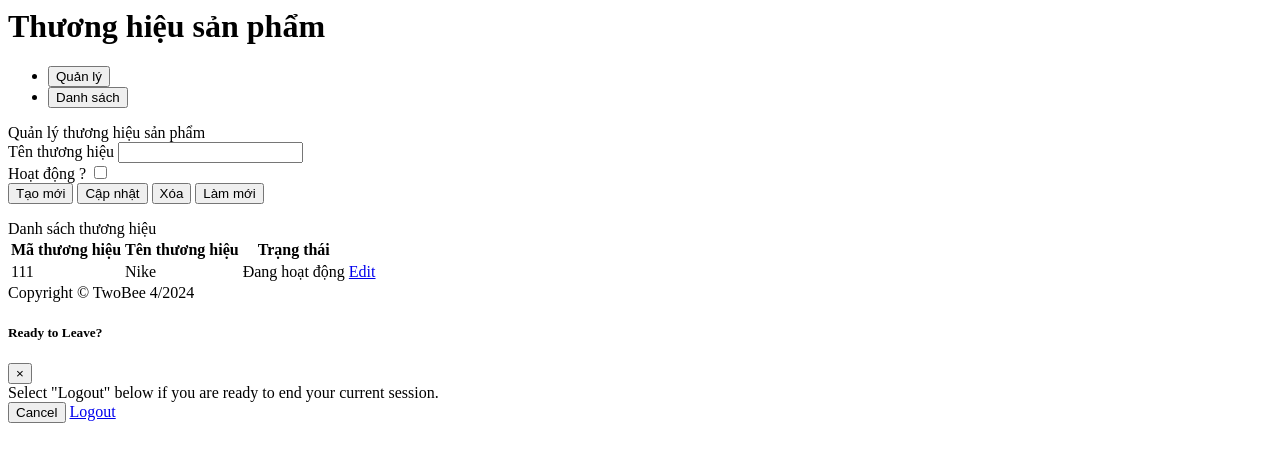
Repository: tuandh111/Java-6-asm
Page: Front-end/Java6_asm_/templates/admin/brands.html
The author's editor kept a copy of each file at every save. The page is drawn from the files as they stood at one save, then again after the next save.
The browser window is 1280 px wide. The pictures show the whole page.

Above is the page before, as saved 2024-03-31 11:02:57.

### Front-end/Java6_asm_/templates/admin/brands.html
<!-- Page Wrapper -->
<div id="wrapper">

    <!-- Sidebar -->
    <ul class="navbar-nav bg-gradient-primary sidebar sidebar-dark accordion" id="accordionSidebar"
        ng-include="'component/admin/sidebar.html'">
    </ul>
    <!-- End of Sidebar -->

    <!-- Content Wrapper -->
    <div id="content-wrapper" class="d-flex flex-column">

        <!-- Main Content -->
        <div id="content">

            <!-- Topbar -->
            <nav class="navbar navbar-expand navbar-light bg-white topbar mb-4 static-top shadow"
                ng-include="'component/admin/content-nav.html'">
            </nav>
            <!-- End of Topbar -->

            <!-- Begin Page Content -->
            <div class="container-fluid">

                <!-- Page Heading -->
                <div class="d-sm-flex align-items-center justify-content-between mb-4">
                    <h1 class="h3 mb-0 text-gray-800">Thương hiệu sản phẩm</h1>
                </div>

                <div class="row mt-5">
                    <ul class="nav nav-tabs" id="manageBrands" role="tablist">
                        <li class="nav-item" role="presentation">
                            <button class="nav-link active" id="form-tab" data-bs-toggle="tab"
                                data-bs-target="#form-tab-pane-manage-brands" type="button" role="tab"
                                aria-controls="form-tab-pane-manage-brands" aria-selected="true">
                                <i class="bi bi-pencil-square"></i> Quản lý
                            </button>
                        </li>
                        <li class="nav-item" role="presentation">
                            <button class="nav-link" id="list-tab" data-bs-toggle="tab" data-bs-target="#list-tab-pane"
                                role="tab" aria-controls="list-tab-pane" aria-selected="false">
                                <i class="bi bi-list-check"></i> Danh sách
                            </button>
                        </li>
                    </ul>
                    <div class="tab-content" id="manageBrandsTabContent">
                        <div class="tab-pane fade show active" id="form-tab-pane-manage-brands" role="tabpanel"
                            aria-labelledby="form-tab" tabindex="0">
                            <div class="card">
                                <div class="card-header align-items-center text-center text-white bg-gradient-primary">
                                    Quản lý thương hiệu sản phẩm
                                </div>
                                <div class="card-body text-center">
                                    <c:url var="url" value="/admin"></c:url>
                                    <form action="#">
                                        <div class="row">
                                            <div class="col-lg-6">
                                                <div class="form-outline mb-3">
                                                    <label class="form-label" for="manageBrandsModalBrands">Tên thương
                                                        hiệu</label>
                                                    <input type="text" id="manageBrandsModalBrands" ng-model="nameBrand"
                                                        ng-value="" class="form-control" required>
                                                </div>
                                            </div>
                                            <div class="col-lg-6">
                                                <div class="form-outline mb-4">
                                                    <label class="form-label" for="manageBrandsModalIsActive">Hoạt động
                                                        ?</label>
                                                    <input type="checkbox" id="manageBrandsModalIsActive"
                                                        class="form-control" ng-model="isActive" ng-value=""
                                                        class="form-control">
                                                </div>
                                            </div>
                                        </div>
                                        <div class="d-flex justify-content-end">
                                            <button formaction="${url}/create" class="btn btn-primary m-2">Tạo
                                                mới</button>
                                            <button formaction="${url}/update" class="btn btn-primary m-2">Cập
                                                nhật</button>
                                            <button formaction="${url}/delete" class="btn btn-primary m-2">Xóa</button>
                                            <button formaction="${url}/editor-user" class="btn btn-primary m-2">Làm
                                                mới</button>
                                        </div>
                                    </form>
                                </div>
                            </div>
                        </div>
                        <div class="tab-pane fade" id="list-tab-pane" role="tabpanel" aria-labelledby="list-tab"
                            tabindex="0">
                            <div class="card">
                                <div class="card-header align-items-center text-center text-white bg-gradient-primary">
                                    Danh sách thương hiệu</div>
                                <div class="table-responsive">
                                    <table class="table table-striped table-hover">
                                        <thead>
                                            <tr>
                                                <th>Mã thương hiệu</th>
                                                <th>Tên thương hiệu</th>
                                                <th>Trạng thái</th>
                                                <th></th>
                                            </tr>
                                        </thead>
                                        <tbody>
                                            <tr>
                                                <td>111</td>
                                                <td>Nike</td>
                                                <td>Đang hoạt động</td>
                                                <td><a href="${url}/edit/${item.idUs}" class="text-info"> Edit </a>
                                                </td>
                                            </tr>
                                        </tbody>
                                    </table>
                                </div>
                            </div>
                        </div>
                    </div>
                </div>

            </div>
            <!-- /.container-fluid -->

        </div>
        <!-- End of Main Content -->

        <!-- Footer -->
        <footer class="sticky-footer bg-white">
            <div class="container my-auto">
                <div class="copyright text-center my-auto">
                    <span>Copyright &copy; TwoBee 4/2024</span>
                </div>
            </div>
        </footer>
        <!-- End of Footer -->

    </div>
    <!-- End of Content Wrapper -->

</div>
<!-- End of Page Wrapper -->

<!-- Scroll to Top Button-->
<a class="scroll-to-top rounded" href="#page-top">
    <i class="fas fa-angle-up"></i>
</a>

<!-- Logout Modal-->
<div class="modal fade" id="logoutModal" tabindex="-1" role="dialog" aria-labelledby="exampleModalLabel"
    aria-hidden="true">
    <div class="modal-dialog" role="document">
        <div class="modal-content">
            <div class="modal-header">
                <h5 class="modal-title" id="exampleModalLabel">Ready to Leave?</h5>
                <button class="close" type="button" data-dismiss="modal" aria-label="Close">
                    <span aria-hidden="true">×</span>
                </button>
            </div>
            <div class="modal-body">Select "Logout" below if you are ready to end your current session.</div>
            <div class="modal-footer">
                <button class="btn btn-secondary" type="button" data-dismiss="modal">Cancel</button>
                <a class="btn btn-primary" href="login.html">Logout</a>
            </div>
        </div>
    </div>
</div>

<!-- Bootstrap core JavaScript-->
<script src="../../assets/admin/js/vendor/jquery/jquery.min.js"></script>
<script src="../../assets/admin/js/vendor/bootstrap/js/bootstrap.bundle.min.js"></script>

<!-- Core plugin JavaScript-->
<script src="../../assets/admin/js/vendor/jquery-easing/jquery.easing.min.js"></script>

<!-- Custom scripts for all pages-->
<script src="../../assets/admin/js/sb-admin-2.min.js"></script>

Loaded but not shown: Front-end/Java6_asm_/assets/admin/js/vendor/jquery/jquery.min.js (library); Front-end/Java6_asm_/assets/admin/js/vendor/bootstrap/js/bootstrap.bundle.min.js (library); Front-end/Java6_asm_/assets/admin/js/vendor/jquery-easing/jquery.easing.min.js (common file); Front-end/Java6_asm_/assets/admin/js/sb-admin-2.min.js (common file)

After the next save:
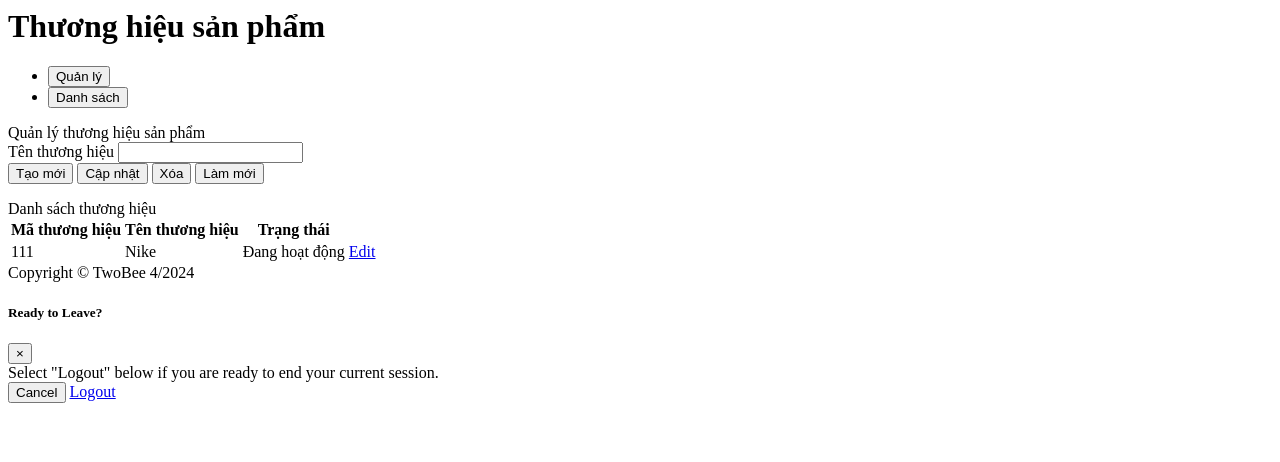
Saved 14 s later.
--- a/Front-end/Java6_asm_/templates/admin/brands.html
+++ b/Front-end/Java6_asm_/templates/admin/brands.html
@@ -62,7 +62,7 @@
                                                         ng-value="" class="form-control" required>
                                                 </div>
                                             </div>
-                                            <div class="col-lg-6">
+                                            <!-- <div class="col-lg-6">
                                                 <div class="form-outline mb-4">
                                                     <label class="form-label" for="manageBrandsModalIsActive">Hoạt động
                                                         ?</label>
@@ -70,7 +70,7 @@
                                                         class="form-control" ng-model="isActive" ng-value=""
                                                         class="form-control">
                                                 </div>
-                                            </div>
+                                            </div> -->
                                         </div>
                                         <div class="d-flex justify-content-end">
                                             <button formaction="${url}/create" class="btn btn-primary m-2">Tạo
